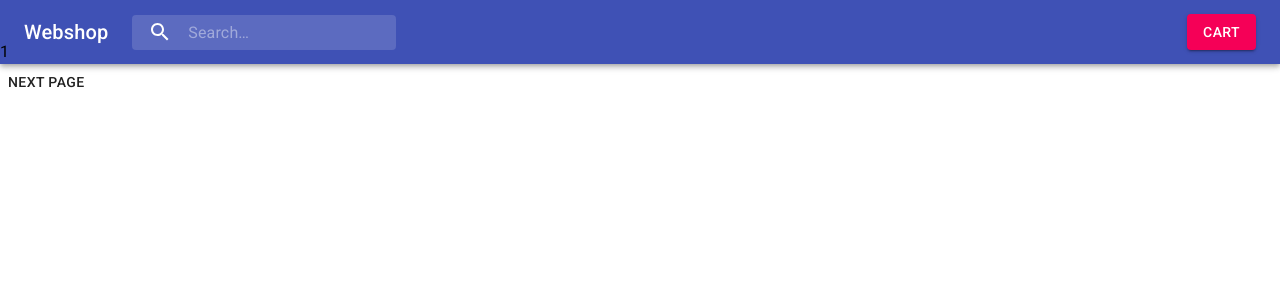
Repository: milac0/webshop
Page: /
An editor plug-in stored every save of this project. The page is shown before and after the next save, followed by the edit.
The browser window is 1280 px wide. The pictures show the whole page.
The page's requests for data from a server got no answer. The project was rebuilt for these pictures with package versions that can differ from the ones it lists, and the page was loaded fresh each time. No one was signed in, and anything a server would have sent is missing. Also part of the build but not shown: src/App.css, src/components/Product.js, src/pages/Cart.js, src/pages/ProductDetails.js, src/pages/NotFound.js.

Above is the page before, as saved 2019-11-04 16:06:36.

After the next save:
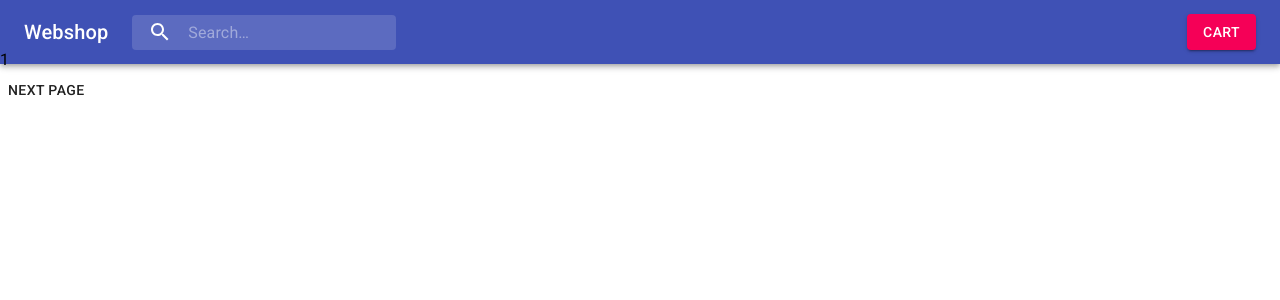
Saved 13 s later.
--- a/src/pages/Home.js
+++ b/src/pages/Home.js
@@ -30,7 +30,7 @@ const Home = () => {
 
   return (
     <Fragment>
-      <Grid container spacing="3">
+      <Grid container spacing={2}>
         {!products ? (
           <h5>Loading</h5>
         ) : (
